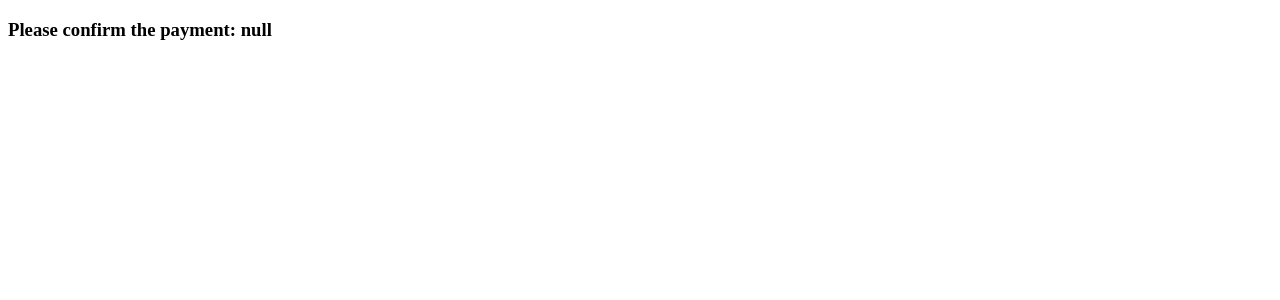
Repository: YiwenGrace/EHotel-CSI2132-project
Page: http://localhost/eHotel/payment.jsp
The author's editor kept a copy of each file at every save. The page is drawn from the files as they stood at one save, then again after the next save.
The browser window is 1280 px wide. The pictures show the whole page.
The page is served by Tomcat 9.

Above is the page before, as saved 2019-04-04 16:25:43.

After the next save:
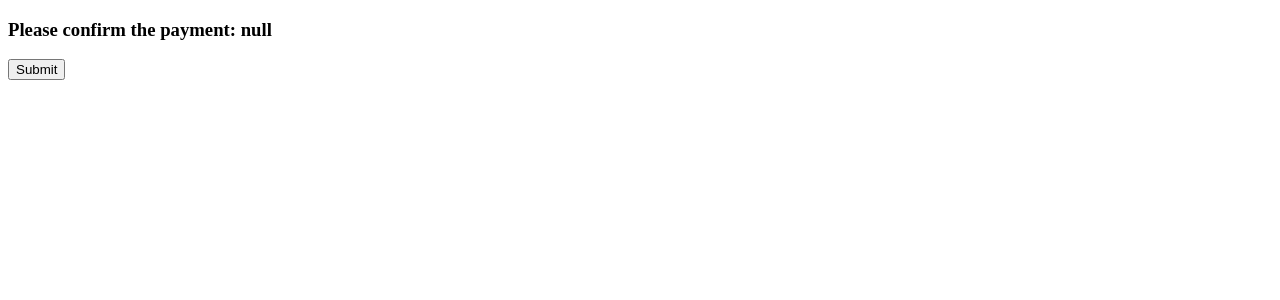
Saved 72 s later.
--- a/eHotel/WebContent/payment.jsp
+++ b/eHotel/WebContent/payment.jsp
@@ -11,6 +11,6 @@
 String renting_payment = (String)request.getParameter("renting_payment");
 %>
 	<h3>Please confirm the payment: <%=renting_payment%></h3>
-
+	<button onclick="location.href='renting_success.html'">Submit</button>
 </body>
 </html>
